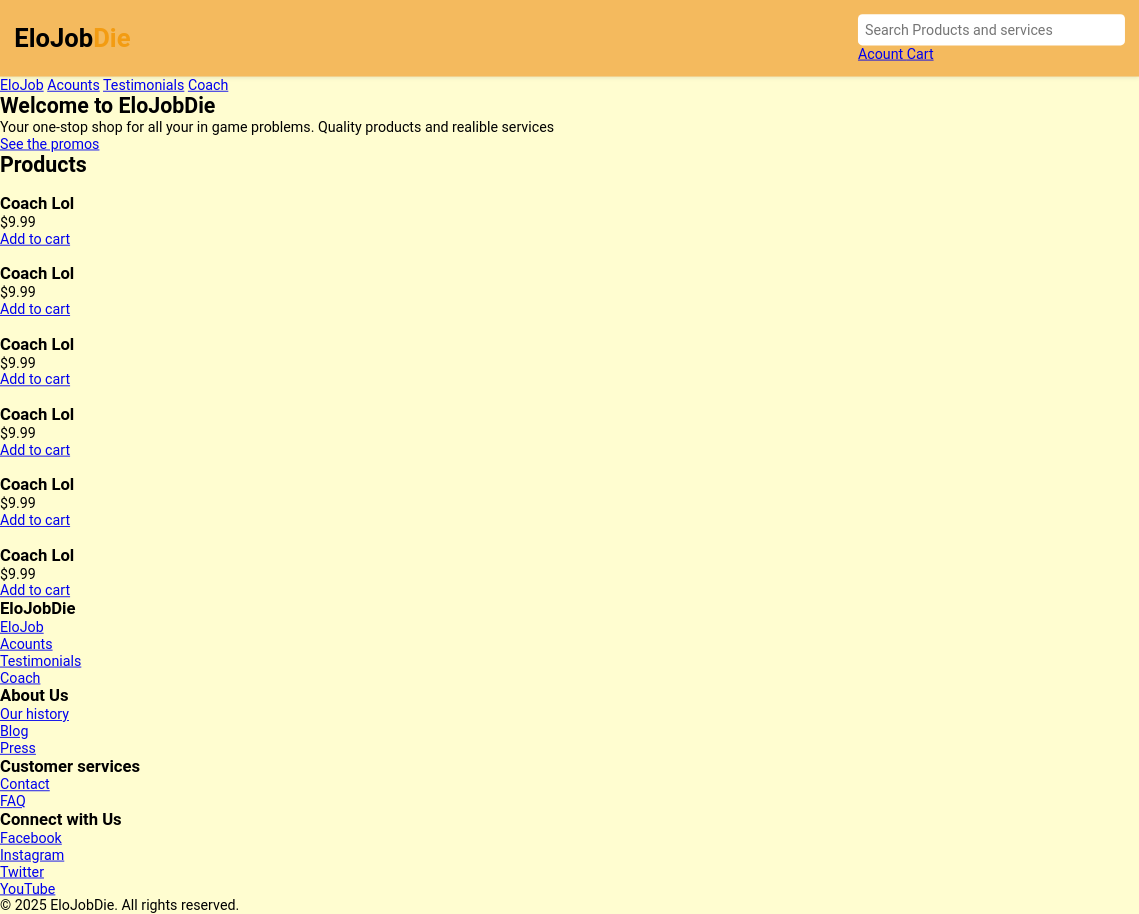
Repository: JustTheHero/web_online_store
Page: homePage.html
An editor plug-in stored every save of this project. The page is shown before and after the next save, followed by the edit.
The browser window is 1280 px wide. The pictures show the whole page, at 89% of full size.

Above is the page before, as saved 2025-04-24 09:49:52.

### homePage.html
<!DOCTYPE html>
<html>
<head>
    <meta charset="UTF-8">
    <meta name="viewport" content="width=device-width, initial-scale=1.0">
    <title>EloJobDie</title>
    <style>
        * {
            margin: 0;
            padding: 0;
            box-sizing: border-box;
            font-family: 'Poppins', 'Roboto', 'Open Sans', sans-serif;
        }

        .logo {
            font-size: 1.8rem;
            font-weight: bold;
        }
        .logo span {
            color: #f39c12;
        }
        body{
            background-color: #FFFDD0;
        }
        header{
            background-color: #f4ba5e;
            color: black;
            padding: 1rem;
            box-shadow: 0 2px 5px rgba(0, 0, 0, 0.1);
        }
        .container_header{
            display: flex;
            justify-content: space-between;
            align-items: center;
        }
        .search_bar{
            width: 300px;
        }
        .search_bar input{
            width: 100%;
            padding: 0.5rem;
            border: none;
            border-radius: 5px;
            font-size: 1rem;
        }
    </style>
</head>
<body>
    <header>
        <div class="container_header">
            <div class="logo">
                EloJob<span>Die</span>
            </div>
            <div class="search_bar">
                <input type = "text" placeholder = "Search Products and services"
            </div>
            <dic class = "icons_navigation">
                <a href="#accont"> Acount
                </a>
                <a href="#cart"> Cart
                </a>
            </dic>
        </div>
    </header>
    <nav>
        <div class = "container_nav">
            <ul class = "nav_itens">
                <li>
                    <a href="#elojob">EloJob</a>
                    <a href="#acounts">Acounts</a>
                    <a href="#testimonials">Testimonials</a>
                    <a href="#coach">Coach</a>
                </li>
            </ul>
        </div>
    </nav>
    <section class = "welcome">
        <div class = "container_welcome">
            <h1>Welcome to EloJobDie</h1>
            <p>Your one-stop shop for all your in game problems. Quality products and realible services</p>
            <a href="#promos">See the promos</a>
        </div>
    </section>

    <section class="products">
        <div class = "container_products">
            <h2>Products</h2>
            <div class = "grid_products">
               <div class = "card_products">
                <div class = "image_products">
                    <img src="" alt="">
                </div>
                <div class = "info_products">
                    <h3 class = "title_product">Coach Lol</h3>
                    <p class = "price_product">$9.99</p>
                    <a href="#add_to_cartc"class = "btn">Add to cart</a>
                </div>
               </div>
            </div>
               <div class = "card_products">
                <div class = "image_products">
                    <img src="" alt="">
                </div>
                <div class = "info_products">
                    <h3 class = "title_product">Coach Lol</h3>
                    <p class = "price_product">$9.99</p>
                    <a href="#add_to_cartc"class = "btn">Add to cart</a>
                </div>
               </div>
            </div>
               <div class = "card_products">
                <div class = "image_products">
                    <img src="" alt="">
                </div>
                <div class = "info_products">
                    <h3 class = "title_product">Coach Lol</h3>
                    <p class = "price_product">$9.99</p>
                    <a href="#add_to_cartc"class = "btn">Add to cart</a>
                </div>
               </div>
            </div>
               <div class = "card_products">
                <div class = "image_products">
                    <img src="" alt="">
                </div>
                <div class = "info_products">
                    <h3 class = "title_product">Coach Lol</h3>
                    <p class = "price_product">$9.99</p>
                    <a href="#add_to_cartc"class = "btn">Add to cart</a>
                </div>
               </div>
            </div>
               <div class = "card_products">
                <div class = "image_products">
                    <img src="" alt="">
                </div>
                <div class = "info_products">
                    <h3 class = "title_product">Coach Lol</h3>
                    <p class = "price_product">$9.99</p>
                    <a href="#add_to_cartc"class = "btn">Add to cart</a>
                </div>
               </div>
            </div>
               <div class = "card_products">
                <div class = "image_products">
                    <img src="" alt="">
                </div>
                <div class = "info_products">
                    <h3 class = "title_product">Coach Lol</h3>
                    <p class = "price_product">$9.99</p>
                    <a href="#add_to_cartc"class = "btn">Add to cart</a>
                </div>
               </div>
            </div>
        </div>
    </section>
    <footer>
        <div class = "container_footer">
            <div class = "content_footer">
                <div class = "col_footer">
                    <h3>EloJobDie</h3>
                    <ul>
                        <li><a href="#elojob">EloJob</a></li>
                        <li><a href="#acounts">Acounts</a></li>
                        <li><a href="#testimonials">Testimonials</a></li>
                        <li><a href="#coach">Coach</a></li>
                    </ul>

                </div>
                <div class = "col_footer">
                    <h3>About Us</h3>
                    <ul>
                        <li><a href="#history">Our history</a></li>
                        <li><a href="#blog">Blog</a></li>
                        <li><a href="#press">Press</a></li>
                    </ul>
                </div>
                <div class = "col_footer">
                    <h3>Customer services</h3>
                    <ul>
                        <li><a href="#contact">Contact</a></li>
                        <li><a href="#faq">FAQ</a></li>
                    </ul>
                </div>
                <div class = "col_footer">
                    <h3>Connect with Us</h3>
                    <ul>
                        <li><a href="#facebook">Facebook</a></li>
                        <li><a href="#instagram">Instagram</a></li>
                        <li><a href="#twitter">Twitter</a></li>
                        <li><a href="#youtube">YouTube</a></li>
                    </ul>
                </div>
            </div>
            <div class = "bottom_footer">
                <p>&copy; 2025 EloJobDie. All rights reserved.</p>
            </div>
        </div>
    </footer>


</body>
</html>

After the next save:
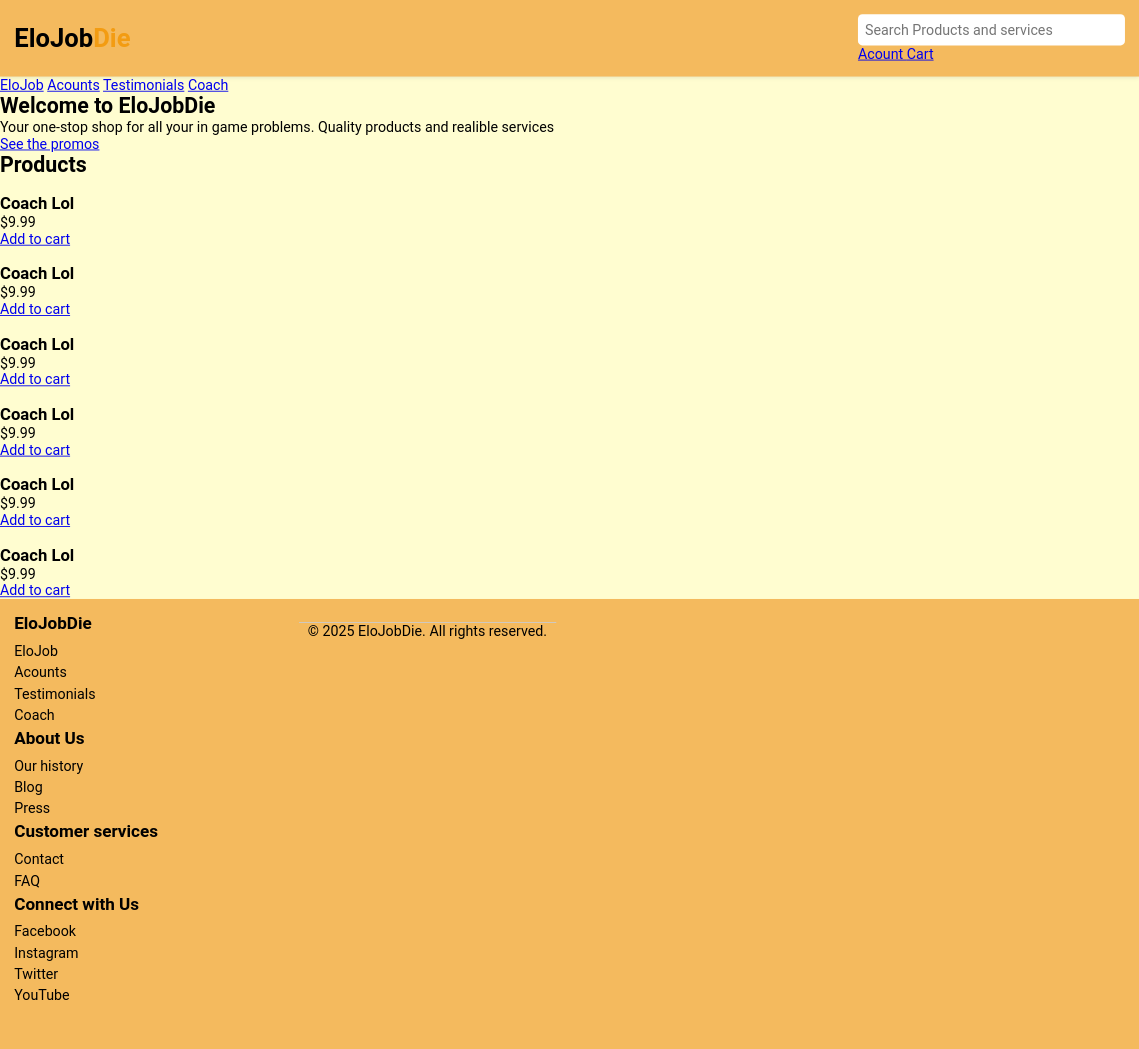
Saved 60 min 24 s later.
--- a/homePage.html
+++ b/homePage.html
@@ -43,6 +43,42 @@
             border-radius: 5px;
             font-size: 1rem;
         }
+        footer{
+            background-color: #f4ba5e;
+            color: black;
+            padding: 1rem;
+        }
+        .container_footer{
+            display: grid;
+            grid-template-columns: repeat(auto-fill, minmax(250px, 1fr));
+            justify-content: space-between;
+            margin-bottom: 30px;
+            gap: 30px;
+        }
+        .col_footer h3{
+            margin-bottom: 10px;
+            font-size: 1.2rem;
+        }
+        .col_footer ul{
+            list-style-type: none;
+        }
+        .col_footer ul li{
+            margin-bottom: 5px;
+        }
+        .col_footer a{
+            text-decoration: none;
+            color: black;
+            transition: color 0.3s ease;
+        }
+        .col_footer a:hover{
+            color: #f39c12;
+        }
+        .bottom_footer{
+            text-align: center;
+            margin-top: 10px;
+            border-top:1px solid #ccc;
+        }
+
     </style>
 </head>
 <body>
